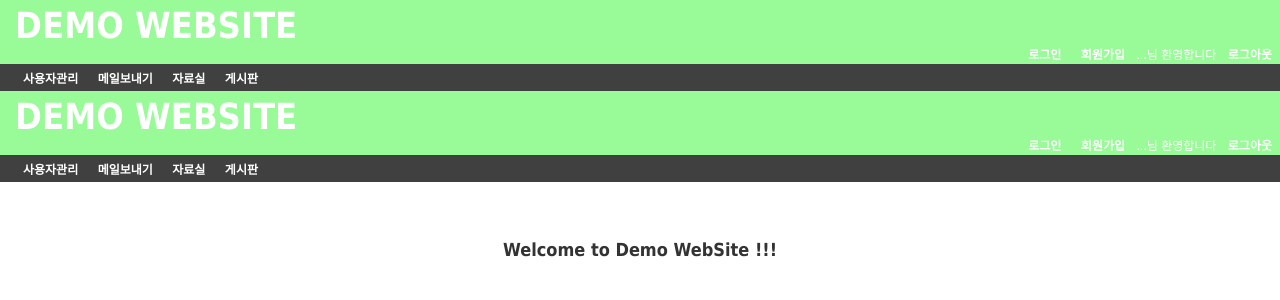
Repository: shin-yj/java
Page: http://localhost/demoweb/home.action
These files come from the project's save history. The page is drawn as it stood at one moment and after the next save; the edit follows.
The browser window is 1280 px wide. The pictures show the whole page.
The page is served by Tomcat 9. Other server files are loaded and not shown.

Above is the page before, as saved 2020-08-07 08:16:37.

### java/demoweb/WebContent/WEB-INF/views/home.jsp
<%@ page language="java"
		 contentType="text/html; charset=utf-8"
		 pageEncoding="utf-8"%>

<!DOCTYPE html>

<html>
<head>
	<meta charset='utf-8' />
	<title>Home</title>
	<link rel='Stylesheet' href='/demoweb/styles/default.css' />
</head>
<body>

	<div id='pageContainer'>

		<%-- 다른 jsp의 내용을 삽입하는 구문 --%>
		<%@ include file="/WEB-INF/views/module/header.jsp" %> <!-- 처리를 해야 되는 방식,  밑과 같으나 잘 안쓰임 -->


		<%--
		<% pageContext.include(("/WEB-INF/views/module/header.jsp")); %> <!-- 밑과 같음, 처리가 이미 되어있음 -->
		--%>
		<jsp:include page="/WEB-INF/views/module/header.jsp" />	<!-- 이게 가장 마니 사용댐 -->

		<div id='content'>
			<br /><br /><br />
			<h2 style='text-align:center'>Welcome to Demo WebSite !!!</h2>
		</div>
	</div>

</body>
</html>

### java/demoweb/WebContent/WEB-INF/views/module/header.jsp
<%@ page language="java" contentType="text/html; charset=utf-8"
    pageEncoding="utf-8"%>
    <!-- 재사용할 내용  -->
		<div id="header" style='background-color:palegreen'>
            <div class="title">
                <a href="/demoweb/home.action">DEMO WEBSITE</a>
            </div>
            <div class="links">
            	<a href="/demoweb/account/login.action">로그인</a>
                <a href="/demoweb/account/register.action">회원가입</a>

            	...님 환영합니다
            	<a href="/demoweb/account/login.action">로그아웃</a>


            </div>
        </div>

        <div id="menu">
            <div>
                <ul>
                    <li><a href="#">사용자관리</a></li>
					<li><a href="#">메일보내기</a></li>
					<li><a href="#">자료실</a></li>
					<li><a href="#">게시판</a></li>
                </ul>
            </div>
		</div>

### java/demoweb/src/com/demoweb/servlet/HomeServlet.java
package com.demoweb.servlet;

import java.io.IOException;

import javax.servlet.RequestDispatcher;
import javax.servlet.ServletException;
import javax.servlet.annotation.WebServlet;
import javax.servlet.http.HttpServlet;
import javax.servlet.http.HttpServletRequest;
import javax.servlet.http.HttpServletResponse;

@WebServlet(urlPatterns= {"/home.action"})
public class HomeServlet extends HttpServlet { // sevlet과 연결 // get방식 // home.action에 요청이 들어오면 homesevlet으로 요청 들어온당

	@Override
	protected void doGet(HttpServletRequest req, HttpServletResponse resp) throws ServletException, IOException {
			// 요청 처리(여기서는 특별히 할 것이 없음)

			// JSP로 forward 이동해서 응답 컨텐츠 생산
		RequestDispatcher dispatcher = req.getRequestDispatcher("/WEB-INF/views/home.jsp"); // 요청을 전달하는 것 찾기
		dispatcher.forward(req, resp);


	}

}

### java/demoweb/WebContent/styles/default.css
@CHARSET "utf-8";

body {
	font-family: Tahoma, Arial, Helvetica;
	font-size: 12px;
}

body {
	background: #ffffff none repeat scroll 0;
	color: #333333;
	margin: 0;
	padding: 0;
}

#pageContainer {
	background: #ffffff none repeat scroll 0;
	margin: 0 auto;
	max-width: 100%;
	min-width: 600px;
	padding:0 0;
	text-align: left;
}

#header {
	background-color: #eb4c07;
	color: #ffffff;
	width: 100%;
	padding-bottom: 4px;
	height: 60px;
}

#header a {
	color: #ffffff;
	font-weight: bold;
	text-decoration: none;
}

#header .title {
	font-size: 36px;
	font-weight: bolder;
	padding-left: 15px;
	padding-top: 5px;
	float:left;
}

#header .links {
	padding-top:45px;
	float:right;
}

#header .links a {
	padding: 8px;
}

#menu {
	background-color: #404040;
	color: #ffffff;
	padding: 5px 15px 5px /* bottom - left - top - 0*/
}

#menu ul {
	display: inline;
	margin-left: 0;
	padding-left: 0;
}

#menu ul li {
	display: inline;
	list-style-image: none;
	list-style-position: outside;
	list-style-type: none;
	margin-left: 0;
}

#menu ul li a {
	color: #ffffff;
	font-weight: bold;
	text-decoration: none;
	padding: 8px;
}

#menu ul li a:hover, #menu ul li a:focus {
	background-color: #5a5a5a;
}

After the next save:
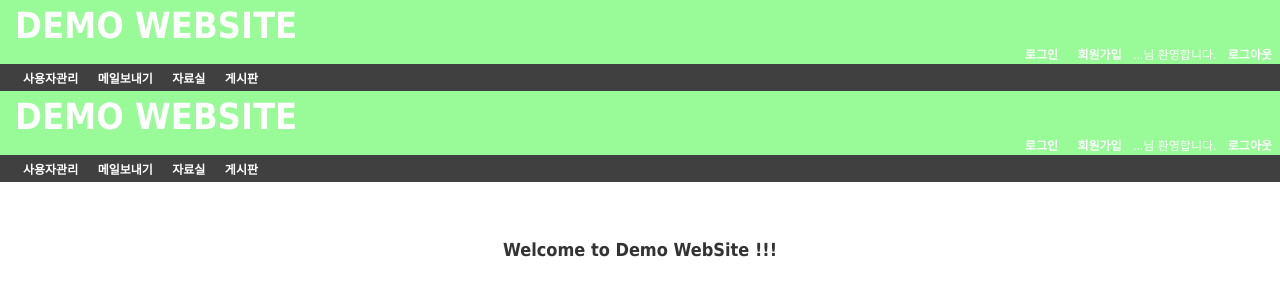
Saved 15 s later.
--- a/java/demoweb/WebContent/WEB-INF/views/module/header.jsp
+++ b/java/demoweb/WebContent/WEB-INF/views/module/header.jsp
@@ -9,7 +9,7 @@
             	<a href="/demoweb/account/login.action">로그인</a>
                 <a href="/demoweb/account/register.action">회원가입</a>
 
-            	...님 환영합니다
+            	...님 환영합니다.
             	<a href="/demoweb/account/login.action">로그아웃</a>
 
 
